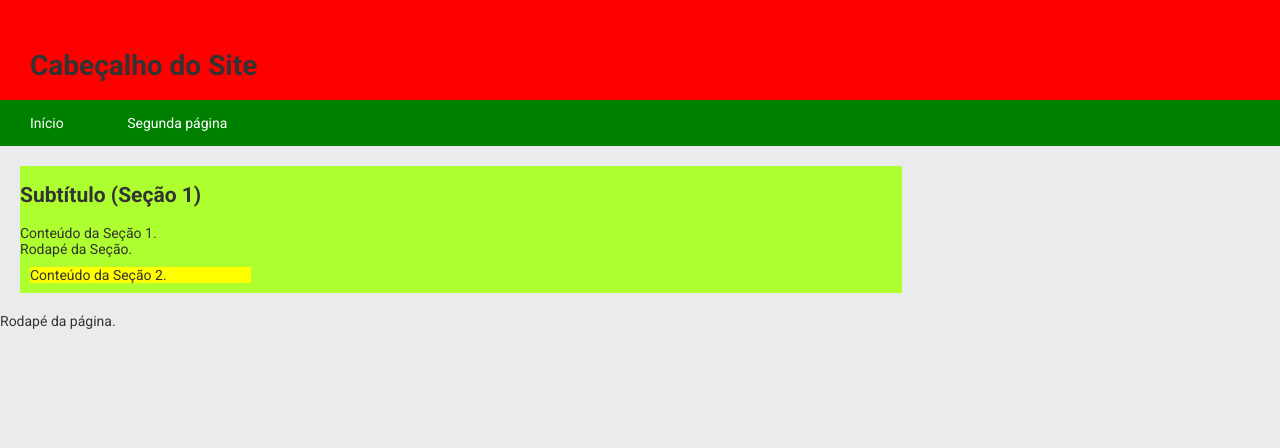
Repository: rrresck/pos_graduacao
Page: index.html
The author's editor kept a copy of each file at every save. The page is drawn from the files as they stood at one save, then again after the next save.
The browser window is 1280 px wide. The pictures show the whole page.

Above is the page before, as saved 2023-05-04 11:25:48.

After the next save:
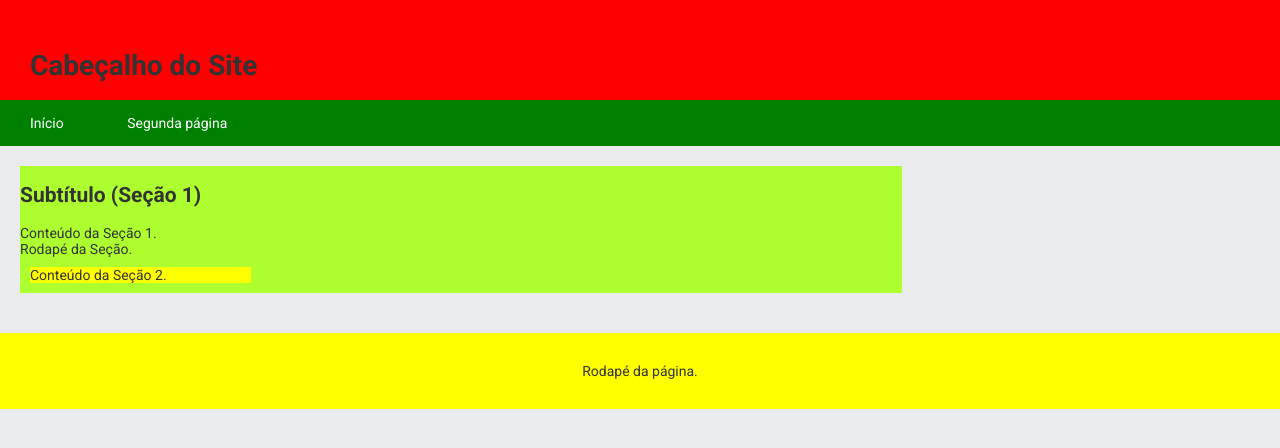
Saved 44 s later.
--- a/index.html
+++ b/index.html
@@ -35,7 +35,7 @@
             </aside>
         </section>
     </div>
-    <footer>
+    <footer class="rodape">
         Rodapé da página.
     </footer>
 </body>
